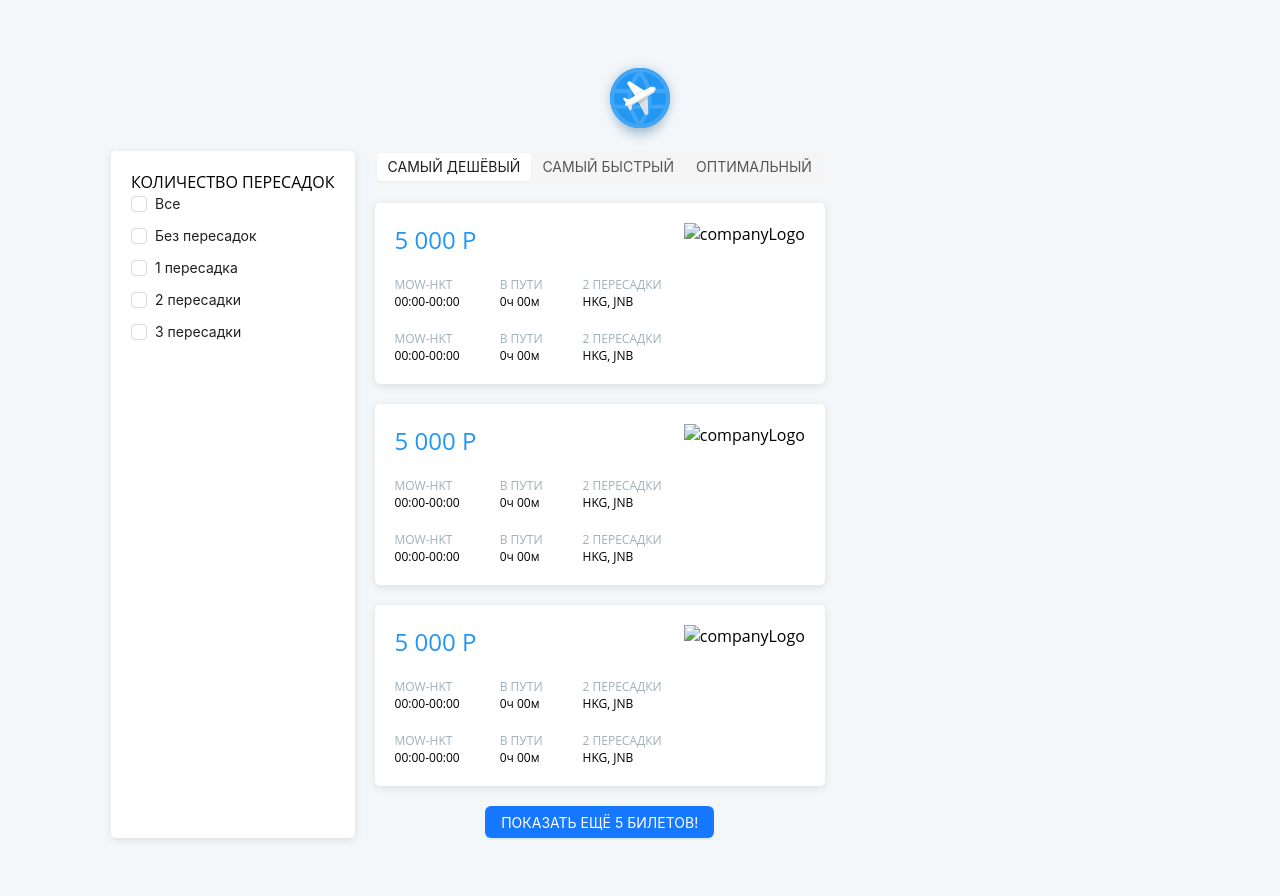
Repository: Dedoxa/aviasalesTickets
Page: /
The author's editor kept a copy of each file at every save. The page is drawn from the files as they stood at one save, then again after the next save.
The browser window is 1280 px wide. The pictures show the whole page.
The project was rebuilt for these pictures with package versions that can differ from the ones it lists, and the page was loaded fresh each time. Also part of the build but not shown: vite.config.js.

Above is the page before, as saved 2024-10-19 17:09:14.

### index.html
<!doctype html>
<html lang="en">
  <head>
    <meta charset="UTF-8" />
    <meta name="viewport" content="width=device-width, initial-scale=1.0" />
    <title>AviasalesTickets</title>
  </head>
  <body>
    <div id="root"></div>
    <script type="module" src="/src/main.jsx"></script>
  </body>
</html>

### src/main.jsx
import { StrictMode } from 'react';
import { createRoot } from 'react-dom/client';

import App from './App.jsx';

createRoot(document.getElementById('root')).render(
  <StrictMode>
    <App />
  </StrictMode>
);

### src/App.jsx
import TransferFilters from './TransferFilters/TransferFilters.jsx';
import AppIcon from './AppIcon/AppIcon.jsx';
import PriceFilters from './PriceFilters/PriceFilters.jsx';
import TicketCard from './TicketCard/TicketCard.jsx';
import ShowMoreButton from './ShowMoreButton/ShowMoreButton.jsx';
import classes from './App.module.scss';

function App() {
  return (
    <main className={classes.App}>
      <AppIcon />
      <div style={{ display: 'flex', gap: '20px' }}>
        <TransferFilters />
        <div className={classes['priceFiltersAndTicketsContainer']}>
          <PriceFilters />
          <TicketCard />
          <TicketCard />
          <TicketCard />
          <ShowMoreButton />
        </div>
      </div>
    </main>
  );
}

export default App;

### src/TransferFilters/TransferFilters.jsx
import { Checkbox } from 'antd';

import { contentBox } from '../App.module.scss';

import classes from './TransferFilters.module.scss';

const TransferFilters = () => {
  return (
    <>
      <div className={contentBox}>
        <span className={classes.title}>КОЛИЧЕСТВО ПЕРЕСАДОК</span>
        <div className={classes.checkboxContainer}>
          <Checkbox>Все</Checkbox>
          <Checkbox>Без пересадок</Checkbox>
          <Checkbox>1 пересадка</Checkbox>
          <Checkbox>2 пересадки</Checkbox>
          <Checkbox>3 пересадки</Checkbox>
        </div>
      </div>
    </>
  );
};

export default TransferFilters;

### src/AppIcon/AppIcon.jsx
import classes from './AppIcon.module.scss';

const AppIcon = () => {
  return (
    <div className={classes.AppIcon}>
      <img src="/public/img/Logo.svg" alt="AviasalesIcon" />
    </div>
  );
};

export default AppIcon;

### src/PriceFilters/PriceFilters.jsx
import { Segmented } from 'antd';

const PriceFilters = () => {
  return <Segmented options={['САМЫЙ ДЕШЁВЫЙ', 'САМЫЙ БЫСТРЫЙ', 'ОПТИМАЛЬНЫЙ']} />;
};

export default PriceFilters;

### src/TicketCard/TicketCard.jsx
import { contentBox } from '../App.module.scss';

import classes from './TicketCard.module.scss';

const TicketCard = () => {
  return (
    <div className={contentBox} style={{ display: 'flex', flexDirection: 'column', gap: '20px' }}>
      <div className={classes.mainTicketInfo}>
        <span className={classes['price']}>5 000 Р</span>
        <img src="" alt="companyLogo"></img>
      </div>
      <div className={classes.otherTicketInfo}>
        <div className={classes['infoRow']}>
          <div className={classes['infoTwoLined']}>
            <div className={classes['titleLine']}>MOW-HKT</div>
            <div>00:00-00:00</div>
          </div>
          <div className={classes['infoTwoLined']}>
            <div className={classes['titleLine']}>В ПУТИ</div>
            <div>0ч 00м</div>
          </div>
          <div className={classes['infoTwoLined']}>
            <div className={classes['titleLine']}>2 ПЕРЕСАДКИ</div>
            <div>HKG, JNB</div>
          </div>
        </div>
        <div className={classes['infoRow']}>
          <div className={classes['infoTwoLined']}>
            <div className={classes['titleLine']}>MOW-HKT</div>
            <div>00:00-00:00</div>
          </div>
          <div className={classes['infoTwoLined']}>
            <div className={classes['titleLine']}>В ПУТИ</div>
            <div>0ч 00м</div>
          </div>
          <div className={classes['infoTwoLined']}>
            <div className={classes['titleLine']}>2 ПЕРЕСАДКИ</div>
            <div>HKG, JNB</div>
          </div>
        </div>
      </div>
    </div>
  );
};

export default TicketCard;

### src/ShowMoreButton/ShowMoreButton.jsx
import { Button } from 'antd';

import classes from './ShowMoreButton.module.scss';

const ShowMoreButton = () => {
  return (
    <div className={classes.showMoreButton}>
      <Button type="primary">ПОКАЗАТЬ ЕЩЁ 5 БИЛЕТОВ!</Button>
    </div>
);
};

export default ShowMoreButton;

### src/App.module.scss
@font-face {
  font-family: 'Open Sans';
  src: url('https://fonts.googleapis.com/css2?family=Open+Sans:ital,wght@0,300..800;1,300..800&display=swap');
}

.contentBox {
  display: inline-block;
  font-family: 'Open Sans', sans-serif;
  background-color: #fff;
  border-radius: 5px;
  box-shadow: 0 2px 8px 0 rgba(0, 0, 0, 0.1);
  padding: 20px;
}

body {
  background-color: #f3f7fa;
  padding: 50px 103px;
}

.App {
  .priceFiltersAndTicketsContainer {
    display: flex;
    flex-direction: column;
    gap: 20px;
  }
}

### src/TransferFilters/TransferFilters.module.scss
.title {
  margin-bottom: 20px;
}

.checkboxContainer {
  display: flex;
  flex-direction: column;
  gap: 10px;
}

### src/AppIcon/AppIcon.module.scss
.AppIcon {
    text-align: center;
}

### src/TicketCard/TicketCard.module.scss
.mainTicketInfo,
.otherTicketInfo {
  display: flex;
}

.mainTicketInfo {
  justify-content: space-between;

  .price {
    color: #2196F3;
    font-size: 24px;
  }
}

.otherTicketInfo {
  flex-direction: column;
  gap: 20px;

  .infoRow {
    display: flex;
    gap: 40px;
  }

  .infoTwoLined {
    display: flex;
    flex-direction: column;
    font-size: 12px;

    .titleLine {
        color: #A0B0B9;
    }
  }
}

### src/ShowMoreButton/ShowMoreButton.module.scss
.showMoreButton {
    text-align: center;
}

After the next save:
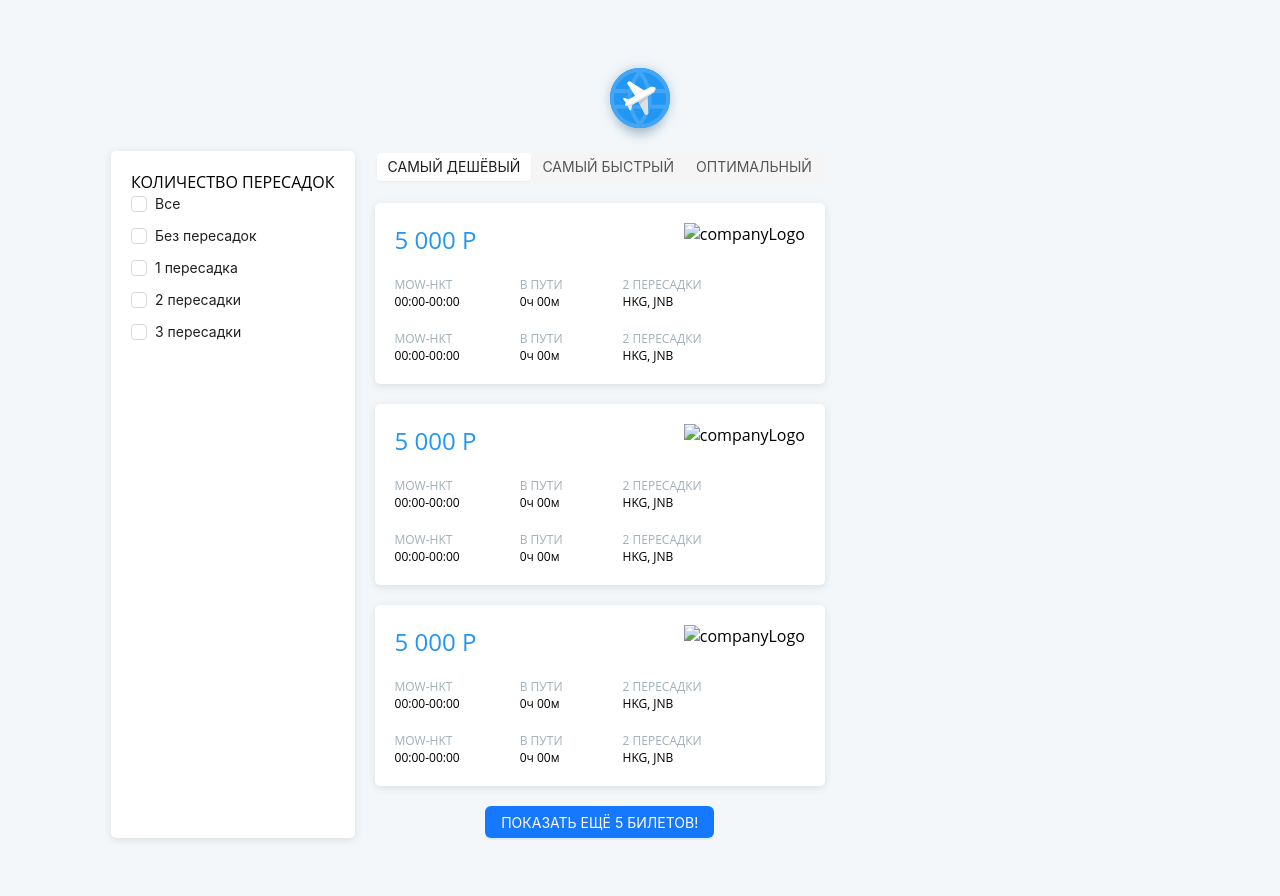
Saved 5 s later.
--- a/src/TicketCard/TicketCard.module.scss
+++ b/src/TicketCard/TicketCard.module.scss
@@ -18,7 +18,7 @@
 
   .infoRow {
     display: flex;
-    gap: 40px;
+    gap: 60px;
   }
 
   .infoTwoLined {
